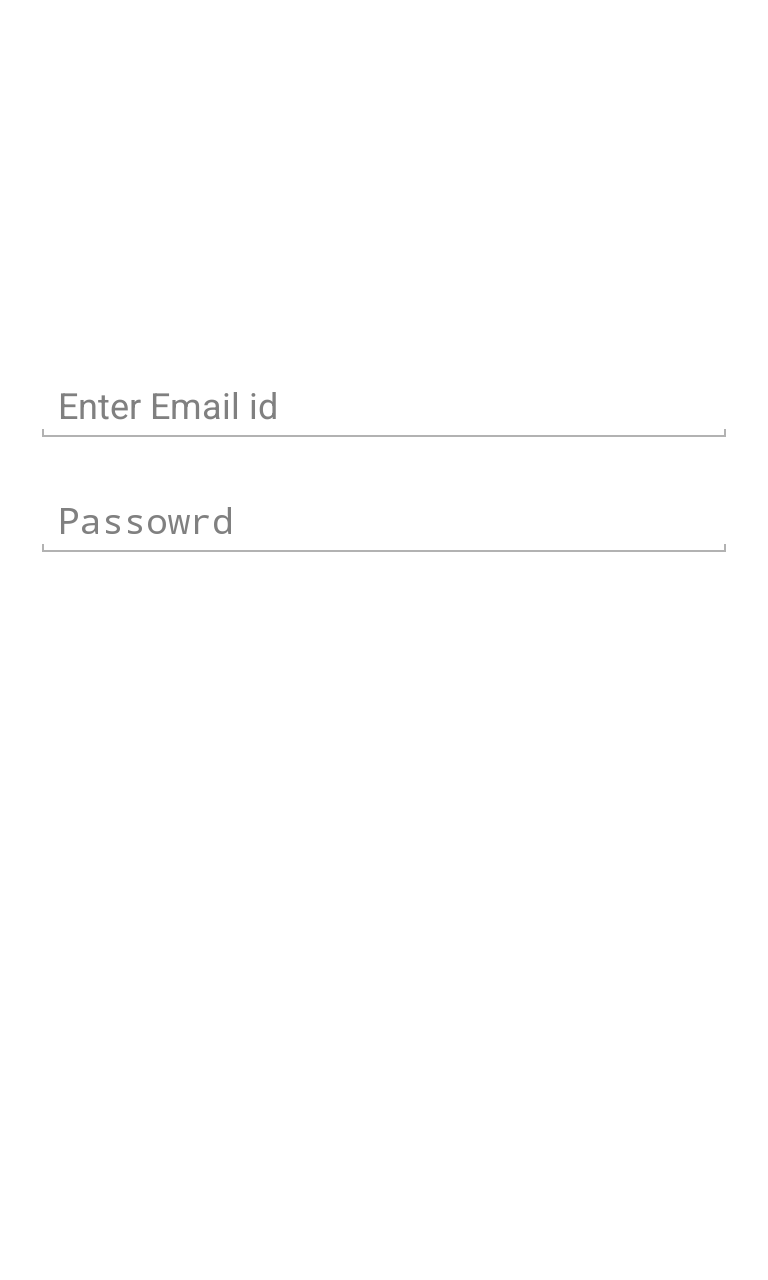
Repository: coderedteam/codered
Layout: AndroidSourceCode/CodeRed/res/layout/activity_login.xml
These files come from the project's save history. The layout is drawn as it stood at one moment and after the next save; the edit follows.
It is drawn on a 768 x 1280 px phone screen (xhdpi) without system bars, with theme AppTheme; the app's code is not run.

Above is the layout before, as saved 2014-11-27 07:31:27.

After the next save:
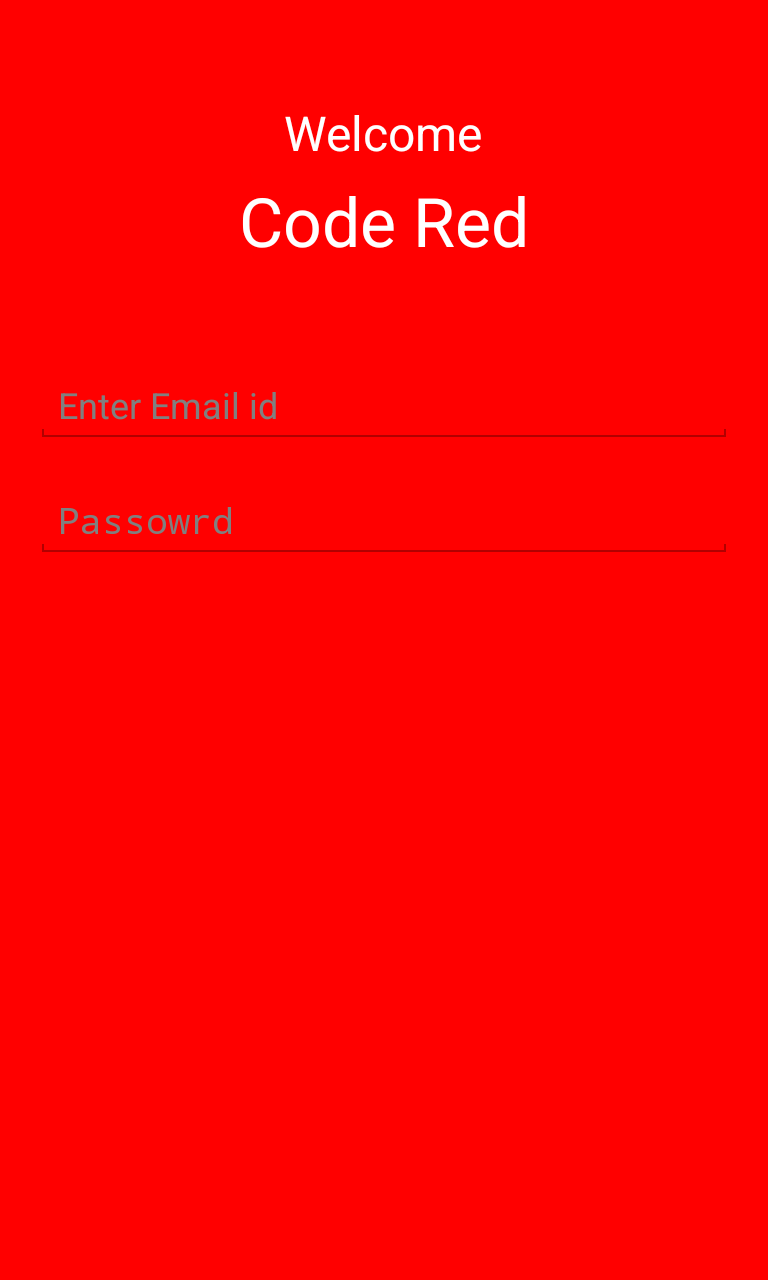
Saved 33 s later.
--- a/AndroidSourceCode/CodeRed/res/layout/activity_login.xml
+++ b/AndroidSourceCode/CodeRed/res/layout/activity_login.xml
@@ -3,6 +3,7 @@
     android:layout_width="match_parent"
     android:layout_height="match_parent"
     android:orientation="vertical"
+    android:background="@color/red"
     tools:context="${relativePackage}.${activityClass}" >
 
     <LinearLayout
